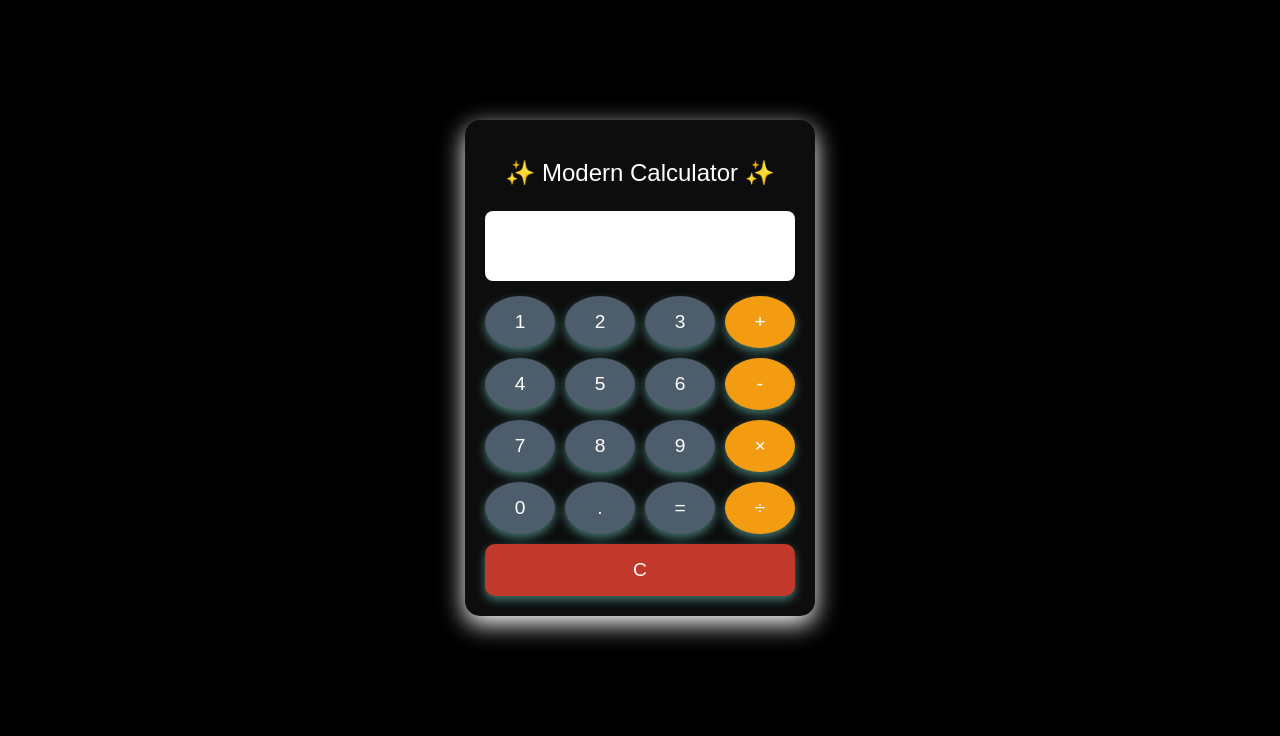
Repository: hawamubarakk/Calculator
Page: calculator.html
These files come from the project's save history. The page is drawn as it stood at one moment and after the next save; the edit follows.
The browser window is 1280 px wide. The pictures show the whole page.

Above is the page before, as saved 2025-08-15 21:55:05.

After the next save:
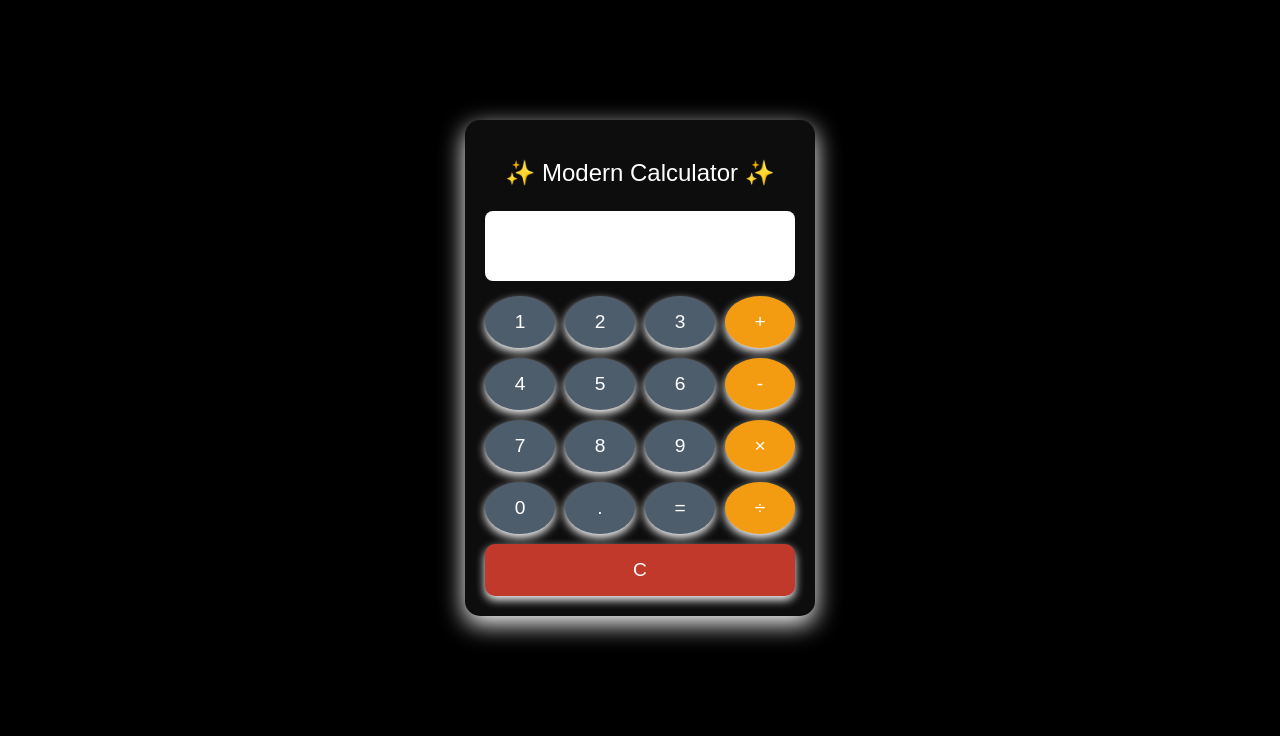
Saved 97 s later.
--- a/style.css
+++ b/style.css
@@ -47,7 +47,7 @@ button {
   color: white;
   cursor: pointer;
   transition: transform 0.15s ease;
-  box-shadow: 0 4px 10px rgba(112, 207, 196, 0.527);
+  box-shadow: 0 4px 10px white;
 }
 
 button:hover {
